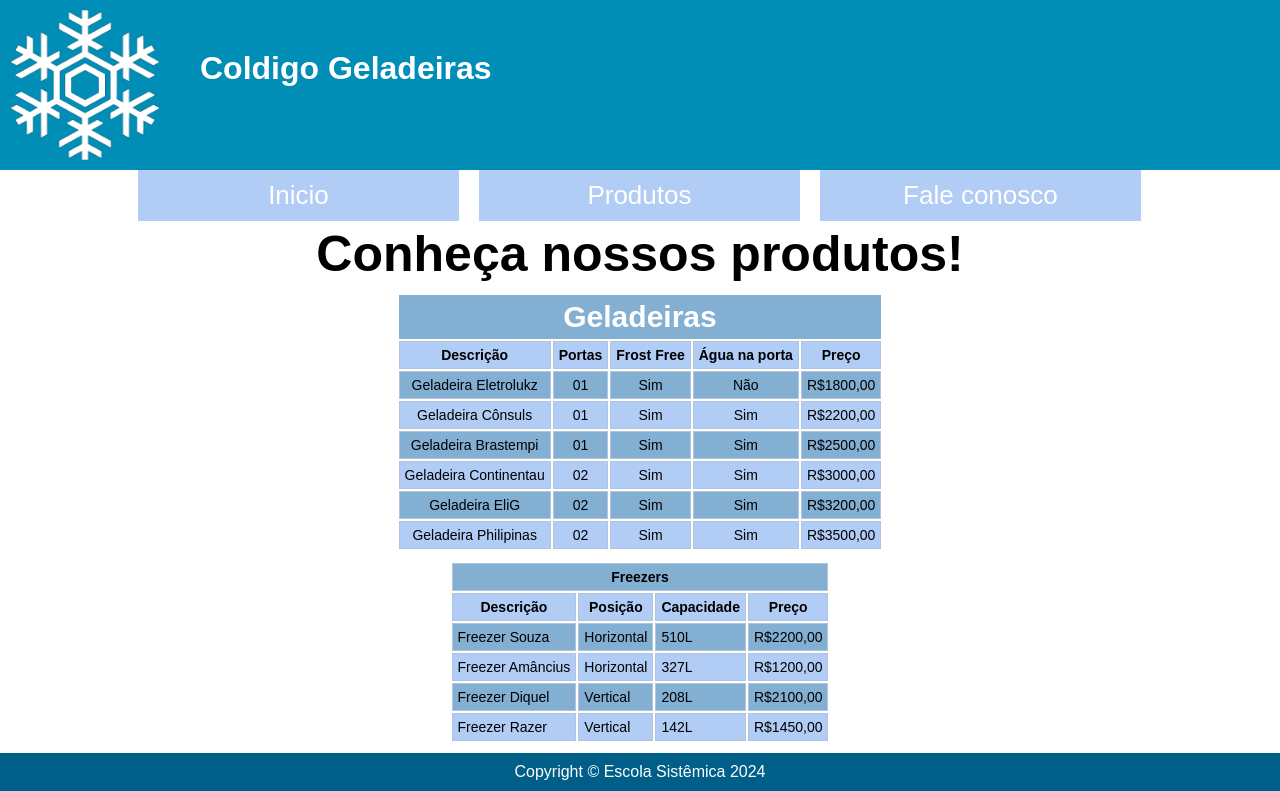
Repository: AndreiLGomes/faculdade
Page: http://localhost/ProjetoTrilhaWeb/pages/site/produtos.html
The author's editor kept a copy of each file at every save. The page is drawn from the files as they stood at one save, then again after the next save.
The browser window is 1280 px wide. The pictures show the whole page.
The page is served by Tomcat 9.

Above is the page before, as saved 2024-04-10 23:12:13.

### 2 ano/WorkspaceTrilhaWeb/ProjetoTrilhaWeb/src/main/webapp/pages/site/produtos.html
<!DOCTYPE html>
<html lang="pt-br">
<head>
<meta charset="UTF-8">
<meta name="description" content="Site da Coldigo Geladeiras">
<meta name="keywords" content="Geladeiras, Frost-free, refrigeração">
<meta name="author" content="Escola Sistêmica">
<meta name="viewport" content="width=device-width, initial-scale=1.0">
<link rel="stylesheet" type="text/css" href="../../css/site.css">
<title>Coldigo Geladeiras</title>

</head>
<body>
	<header>
		<img alt="logo da Coldigo Geladeiras" src="../../img/logo.png">
		<h1>Coldigo Geladeiras</h1>
	</header>
	<nav>
		<a href="../../index.html"><div class="opcao">Inicio</div> </a> <a
			href="produtos.html">
			<div class="opcao">Produtos</div>
		</a> <a href="faleconosco.html">
			<div class="opcao">Fale conosco</div>
		</a>
	</nav>
	<section>
		<h2>Conheça nossos produtos!</h2>
		<table class="tabelaProdutos" >
			<thead>
				<tr>
					<th colspan="5" class="tituloTabela">Geladeiras</th>
				</tr>
				<tr>
					<th>Descrição</th>
					<th>Portas</th>
					<th>Frost Free</th>
					<th>Água na porta</th>
					<th>Preço</th>
				</tr>
			</thead>
			<tbody>
				<tr>
					<td>Geladeira Eletrolukz</td>
					<td>01</td>
					<td>Sim</td>
					<td>Não</td>
					<td>R$1800,00</td>
				<tr>
					<td>Geladeira Cônsuls</td>
					<td>01</td>
					<td>Sim</td>
					<td>Sim</td>
					<td>R$2200,00</td>
				</tr>
				<tr>
					<td>Geladeira Brastempi</td>
					<td>01</td>
					<td>Sim</td>
					<td>Sim</td>
					<td>R$2500,00</td>
				</tr>
				<tr>
					<td>Geladeira Continentau</td>
					<td>02</td>
					<td>Sim</td>
					<td>Sim</td>
					<td>R$3000,00</td>
				</tr>
				<tr>
					<td>Geladeira EliG</td>
					<td>02</td>
					<td>Sim</td>
					<td>Sim</td>
					<td>R$3200,00</td>
				</tr>
				<tr>
					<td>Geladeira Philipinas</td>
					<td>02</td>
					<td>Sim</td>
					<td>Sim</td>
					<td>R$3500,00</td>
				</tr>
			</tbody>
		</table>
		<table class="tabelaGeladeira">
			<thead>
				<tr>
					<th colspan="4">Freezers</th>
				</tr>
				<tr>
					<th>Descrição</th>
					<th>Posição</th>
					<th>Capacidade</th>
					<th>Preço</th>
				</tr>
			</thead>
			<tbody>
				<tr>
					<td>Freezer Souza</td>
					<td>Horizontal</td>
					<td>510L</td>
					<td>R$2200,00</td>
				</tr>
				<tr>
					<td>Freezer Amâncius</td>
					<td>Horizontal</td>
					<td>327L</td>
					<td>R$1200,00</td>
				</tr>
				<tr>
					<td>Freezer Diquel</td>
					<td>Vertical</td>
					<td>208L</td>
					<td>R$2100,00</td>
				</tr>

				<tr>
					<td>Freezer Razer</td>
					<td>Vertical</td>
					<td>142L</td>
					<td>R$1450,00</td>
				</tr>
			<tbody>
		</table>


	</section>
	<footer>Copyright &copy; Escola Sistêmica 2024 </footer>


</body>
</html>

### 2 ano/WorkspaceTrilhaWeb/ProjetoTrilhaWeb/src/main/webapp/css/site.css
@charset "UTF-8";

body {
	margin: 0 auto;
	font-family: "Century Gothic", sans-serif;
}

/* cabeçalho */
header {
	height: 170px;
	background-color: #008eb6;
}

header img {
	float: left;
	height: 150px;
	width: 150px;
	margin: 10px;
}

header h1 {
	float: left;
	margin: 50px 0 0 30px;
	color: #ffffff;
}
/*Menu*/
nav {
	clear: both;
	width: 80%;
	margin: 0px auto;
	height: 55px;
}

nav a {
	color: white;
	text-decoration: none;
	text-align: center;
}

nav .opcao {
	float: left;
	width: 31.3%;
	background-color: #b1ccf5;
	padding: 10px 0;
	margin: 0 1%;
	font-size: 26px;
}

nav .opcao:hover {
	background-color: #83afd3;
}

/* Área geral para conteúdos específicos de cada página */
section {
	clear: both;
	min-height: 360px;
	width: 100%;
	margin-top: 0px;
}
/*rodapé */
footer {
	background-color: #005f89;
	color: #fff;
	text-align: center;
	padding: 10px;
	margin-top: 7px;
}

/* Configuracão da página inicial */
section #top {
	width: 900px;
	margin: 0px auto;
	height: 250px;

}


.geladeira{
	height: 250px;
	width: 125px;
}

.direita{
	float: right;
}
.esquerda{
	float: left;
}

section #titulos{
	float: left;
	height: 250px;
	width: 650px;
	margin: 0px auto;
}

h2{
	text-align: center;
	margin-top: 0px;
	margin-bottom: 10px;
	font-size: 50px;
}

h3{
	text-align: center;
	margin-top: 50px;
	font-size: 20px;
}

p{
	clear: both;
	text-align: center;
	margin: 10px 80px;
}
/* Configuração da página de Produtos */

.tabelaProdutos{
	margin: 10px auto;
	text-align: center;
}

.tituloTabela{
	text-align: center;
	font-size: 30px;
	font-weight: bold;
	color: #fff;
	padding: 5px;
	border: transparent;
}

tr, td, th{
	border: 1px solid #B0C4DE;
	padding: 5px;
}
tr, td{
	font-size: 14px;
}

tr:nth-child(even){
	background-color: #B1CCF5;
}
tr:nth-child(odd){
	background-color: #83afd3;
}
.tabelaGeladeira{
	margin: 10px auto;
}

After the next save:
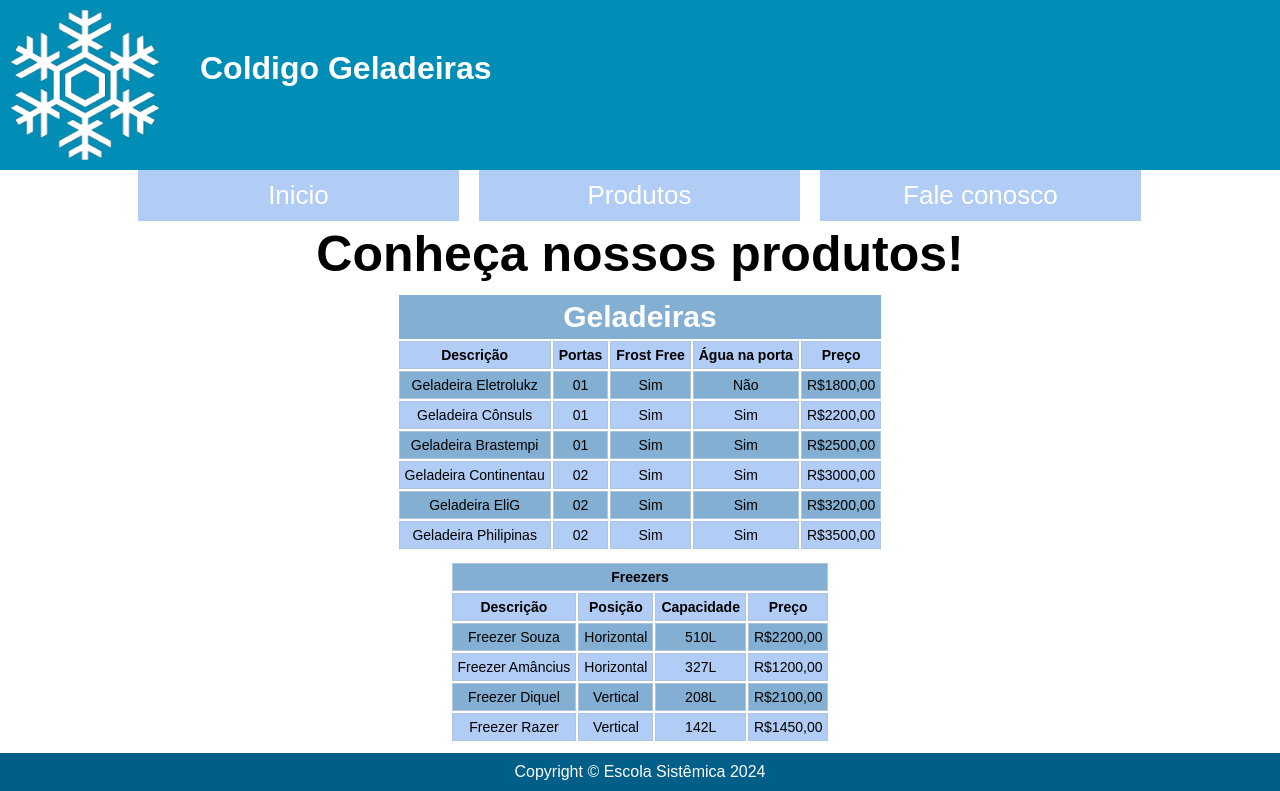
Saved 49 s later.
--- a/2 ano/WorkspaceTrilhaWeb/ProjetoTrilhaWeb/src/main/webapp/css/site.css
+++ b/2 ano/WorkspaceTrilhaWeb/ProjetoTrilhaWeb/src/main/webapp/css/site.css
@@ -143,5 +143,6 @@ tr:nth-child(odd){
 	background-color: #83afd3;
 }
 .tabelaGeladeira{
-	margin: 10px auto;
+	margin: 10px auto; /* botou no centro */
+	text-align: center;
 }
